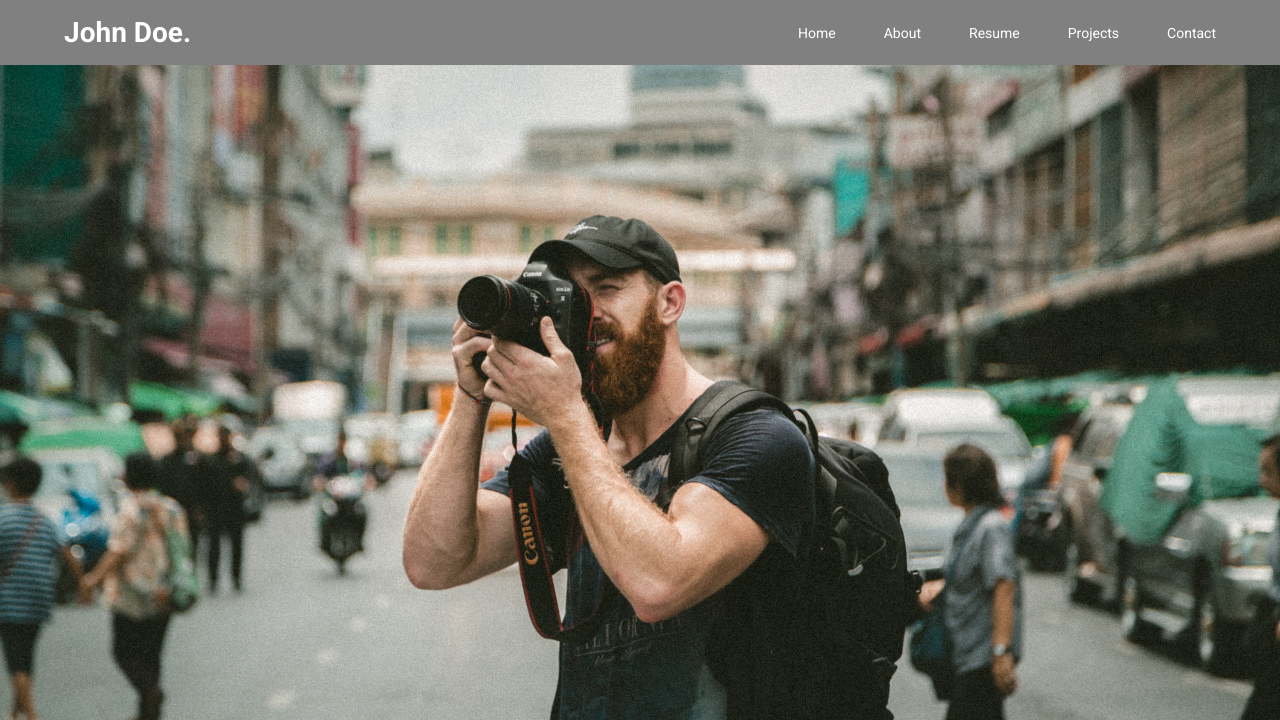
Repository: DevAntonioRogers/portfolio-tutorial
Page: index.html
The author's editor kept a copy of each file at every save. The page is drawn from the files as they stood at one save, then again after a run of saves.
The browser window is 1280 px wide. The pictures show the whole page.

Above is the page before, as saved 2023-10-31 23:10:53.

### index.html
<!DOCTYPE html>
<html lang="en">
  <head>
    <meta charset="UTF-8" />
    <meta
      name="viewport"
      content="width=device-width, initial-scale=1.0"
    />
    <script src="https://unpkg.com/typed.js@2.0.16/dist/typed.umd.js"></script>
    <script
      type="module"
      src="https://unpkg.com/ionicons@7.1.0/dist/ionicons/ionicons.esm.js"
    ></script>
    <script
      nomodule
      src="https://unpkg.com/ionicons@7.1.0/dist/ionicons/ionicons.js"
    ></script>
    <link rel="stylesheet" href="./styles/main.css" />
    <title>John Doe Portfolio</title>
  </head>
  <body>
    <!-------- NAVBAR --------->
    <header>
      <nav role="navigation" aria-label="Navigation">
        <div class="container navbar">
          <h1>John Doe.</h1>

          <ul class="nav-menu">
            <li><a href="#home">Home</a></li>
            <li><a href="#about">About</a></li>
            <li><a href="#resume">Resume</a></li>
            <li><a href="#projects">Projects</a></li>
            <li><a href="#contact">Contact</a></li>
          </ul>

          <button
            aria-label="Toggle Mobile Menu"
            class="hamburger"
          >
            <span class="bar"></span>
            <span class="bar"></span>
            <span class="bar"></span>
          </button>
        </div>
      </nav>
    </header>

    <main>
      <!--HERO SECTION -->
      <section id="home" class="hero">
        <div class="hero-overlay"></div>
        <div class="container hero-content">
          <div class="hero-text">
            <h2 id="typed-text"></h2>
          </div>

          <div
            class="hero-socials"
            aria-label="Social Media Links"
          >
            <a href="#" aria-label="Twitter Link"
              ><ion-icon name="logo-twitter"></ion-icon
            ></a>
            <a href="#" aria-label="Github Link"
              ><ion-icon name="logo-github"></ion-icon
            ></a>
            <a href="#" aria-label="LinkedIn Link"
              ><ion-icon name="logo-linkedin"></ion-icon
            ></a>
            <a href="#" aria-label="Facebook Link"
              ><ion-icon name="logo-facebook"></ion-icon
            ></a>
          </div>
        </div>
      </section>
    </main>

    <script src="./app.js"></script>
  </body>
</html>

### styles/main.css
@import url("https://fonts.googleapis.com/css2?family=Roboto:wght@100;400;500;700&display=swap");
@import url(./navbar.css);
@import url(./hero.css);
* {
  box-sizing: border-box;
  padding: 0;
  margin: 0;
  font-family: "Roboto", sans-serif;
}

html {
  scroll-behavior: smooth;
}

li {
  list-style: none;
}

a {
  text-decoration: none;
  color: inherit;
}

button {
  outline: none;
  border: none;
  background: inherit;
}

.container {
  width: 90%;
  margin: 0 auto;
  max-width: 1400px;
  height: 100%;
}

article {
  padding: 20px 0;
  display: flex;
  flex-direction: column;
  gap: 10px;
  border: solid 1px #dad9d9;
}

### app.js
//NAVBAR

const hamburger = document.querySelector('.hamburger')
const navMenu = document.querySelector('.nav-menu')
const body = document.querySelector('body')
const navLinks = navMenu.querySelectorAll('li');

hamburger.addEventListener('click', () => {
  hamburger.classList.toggle('active')
  navMenu.classList.toggle('active')
  body.classList.toggle("no-scroll")
})

function closeMenu() {
  hamburger.classList.remove('active')
  navMenu.classList.remove('active')
  body.classList.remove("no-scroll")
}

navLinks.forEach((link) => {
  link.addEventListener('click', closeMenu)
})

### styles/navbar.css
nav {
  background-color: grey;
  position: fixed;
  width: 100%;
  z-index: 999;
  top: 0;
  left: 0;
  padding: 1rem 0;
}

.navbar {
  display: flex;
  justify-content: space-between;
  align-items: center;
}

.navbar h1 {
  color: white;
  font-size: 28px;
}

.nav-menu {
  display: flex;
  gap: 3rem;
  align-items: center;
}

.nav-menu li {
  font-size: 14px;
  color: white;
}

.bar {
  background-color: white;
  display: block;
  width: 23px;
  height: 2px;
  margin: 5px auto;
  transition: all 0.3s ease-in-out;
}

.hamburger {
  display: none;
  z-index: 999;
}

@media only screen and (max-width: 768px) {
  .hamburger {
    display: block;
  }

  .nav-menu {
    position: fixed;
    top: 0;
    right: 0;
    width: 100%;
    height: 100%;
    flex-direction: column;
    align-items: center;
    background-color: black;
    padding: 20px 0;
    z-index: 10;
    transition: 0.3s ease-in-out;
    gap: 5rem;
    padding-top: 6rem;
    left: -100%;
  }

  .nav-menu.active {
    left: 0;
  }

  .hamburger.active .bar:nth-child(2) {
    opacity: 0;
  }

  .hamburger.active .bar:nth-child(1) {
    transform: translateY(8px) rotate(45deg);
  }

  .hamburger.active .bar:nth-child(3) {
    transform: translatey(-6px) rotate(-45deg);
  }
}

### styles/hero.css
.hero {
  position: relative;
  height: 100vh;
  background: url(/assets/hero.jpg);
  background-size: cover;
  z-index: 1;
  background-attachment: fixed;
}

After the next 2 saves:
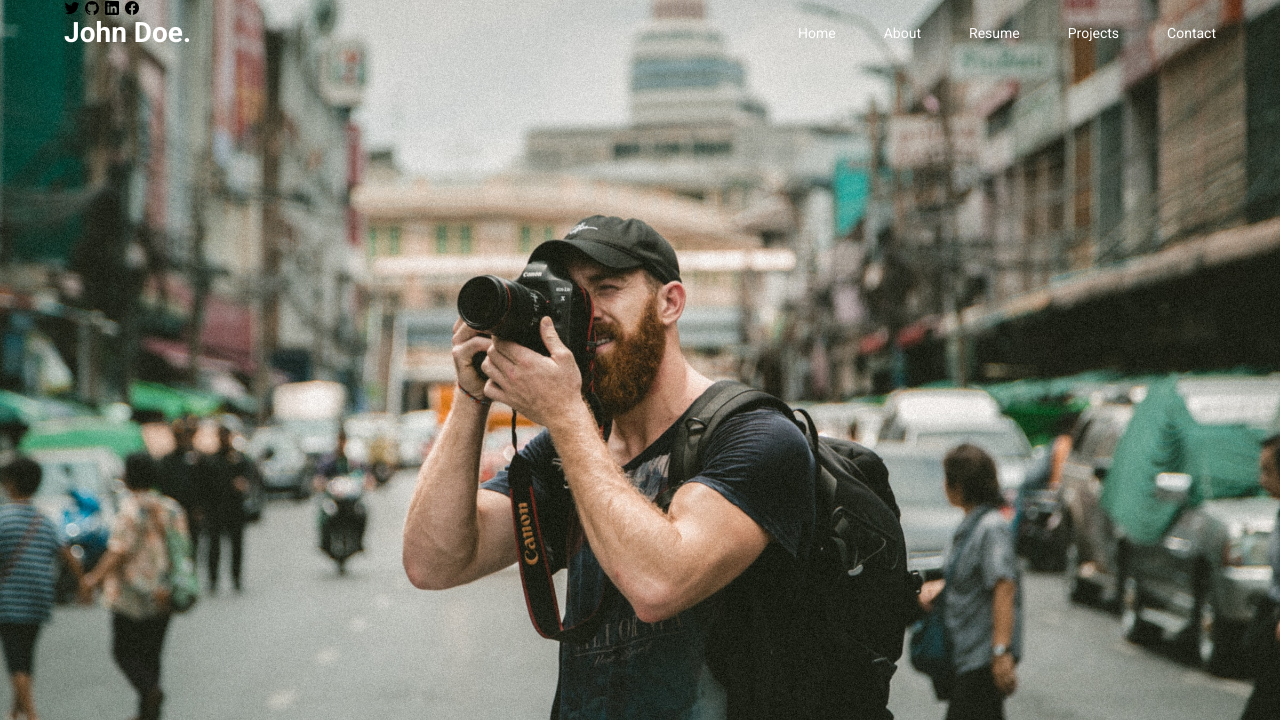
The 2 saves are shown as one change because they came seconds apart.
The last was saved 18 s later.
--- a/styles/navbar.css
+++ b/styles/navbar.css
@@ -1,5 +1,5 @@
 nav {
-  background-color: grey;
+  background-color: transparent;
   position: fixed;
   width: 100%;
   z-index: 999;
